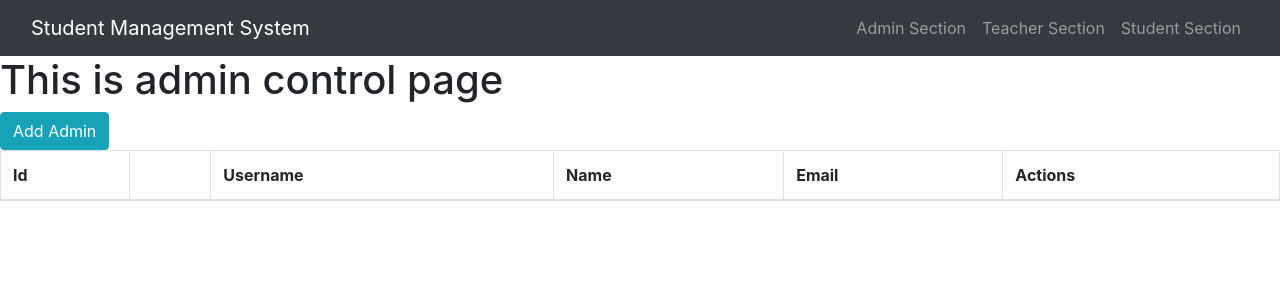
Repository: arupmaji404/StudentManagementSystem
Page: http://localhost/admin/admincontrol
These files come from the project's save history. The page is drawn as it stood at one moment and after the next save; the edit follows.
The browser window is 1280 px wide. The pictures show the whole page.
The page is this project's Thymeleaf template; nobody is signed in. The template is opened directly, without the code that normally fills it, so the values that code supplies are empty.

Above is the page before, as saved 2022-09-11 05:21:06.

### StudentManagementSystem/src/main/resources/templates/admin/admincontrol.html

<!DOCTYPE html>
<html lang="en" xmlns:th="http://www.thymeleaf.org">
<head>
<meta charset="ISO-8859-1">
<title>Employee</title>
<link rel="stylesheet"
	href="https://stackpath.bootstrapcdn.com/bootstrap/4.1.3/css/bootstrap.min.css"
	integrity="sha384-MCw98/SFnGE8fJT3GXwEOngsV7Zt27NXFoaoApmYm81iuXoPkFOJwJ8ERdknLPMO"
	crossorigin="anonymous">
</head>
<body>
	<div th:insert="navbar :: navbar"></div>
	<h1>This is admin control page</h1>
	<a th:href = "@{/addAdminForm}" class = "btn btn-info">Add Admin</a>
	<table class="table table-bordered table-striped">
		<thead>
			<tr>
				<th>Id<th>
				<th>Username</th>
				<th>Name</th>
				<th>Email</th>
				<th>Actions</th>
			</tr>
		</thead>
		<tbody>
			<tr th:if="${admins.empty}">
				<td colspan="5">No Users Available</td>
			</tr>
			<tr th:each="admin : ${admins}">
				<td><span th:text="${admin.id}"> Id </span></td>
				<td><span th:text="${admin.username}"> Username </span></td>
				<td><span th:text="${admin.name}"> Name </span></td>
				<td><span th:text="${admin.email}"> Email </span></td>
				<td><a
					th:href="@{/showAdminUpdateForm(adminId=${admin.id})}"
					class="btn btn-info">Update</a> <a
					th:href="@{/deleteAdmin(adminId=${admin.id})}"
					class="btn btn-danger m1-2">Delete</a></td>
			</tr>
		</tbody>
	</table>
</body>
</html>

### StudentManagementSystem/src/main/resources/templates/navbar.html
<!DOCTYPE html>
<html xmlns:th="http://www.thymeleaf.org">
<head>
    <meta charset="UTF-8">
    <title>NavigationBar</title>

</head>
<body>

<nav th:fragment="navbar" class="navbar navbar-expand-md bg-dark navbar-dark">
    <div class="container-fluid">
        <div class="navbar-header">
            <a class="navbar-brand" th:href="@{/adminIndex}">Student Management System</a>
        </div>
        <ul class="nav navbar-nav">
            <li><a class="nav-link" th:href="@{/admin-control}">Admin Section</a></li>

            <li><a class="nav-link" th:href="@{/teacher-control}">Teacher Section</a></li>

            <li><a class="nav-link" th:href="@{/student-control}">Student Section</a></li>
        </ul>
    </div>
</nav>

</body>
</html>

After the next save:
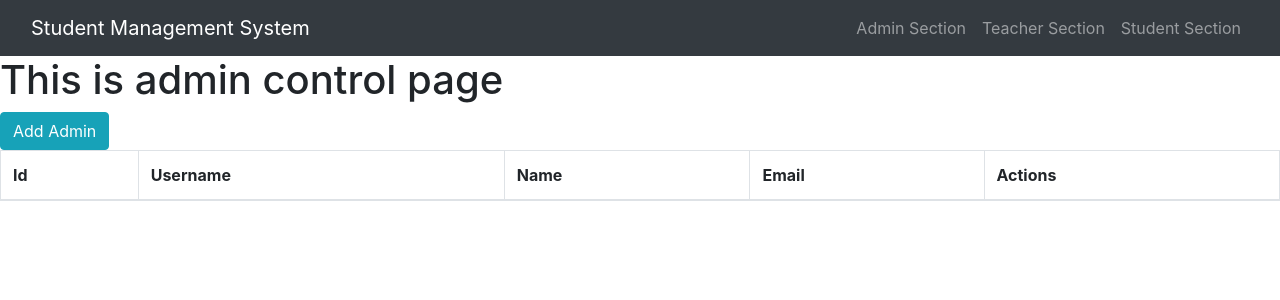
Saved 88 s later.
--- a/StudentManagementSystem/src/main/resources/templates/admin/admincontrol.html
+++ b/StudentManagementSystem/src/main/resources/templates/admin/admincontrol.html
@@ -16,7 +16,7 @@
 	<table class="table table-bordered table-striped">
 		<thead>
 			<tr>
-				<th>Id<th>
+				<th>Id</th>
 				<th>Username</th>
 				<th>Name</th>
 				<th>Email</th>
